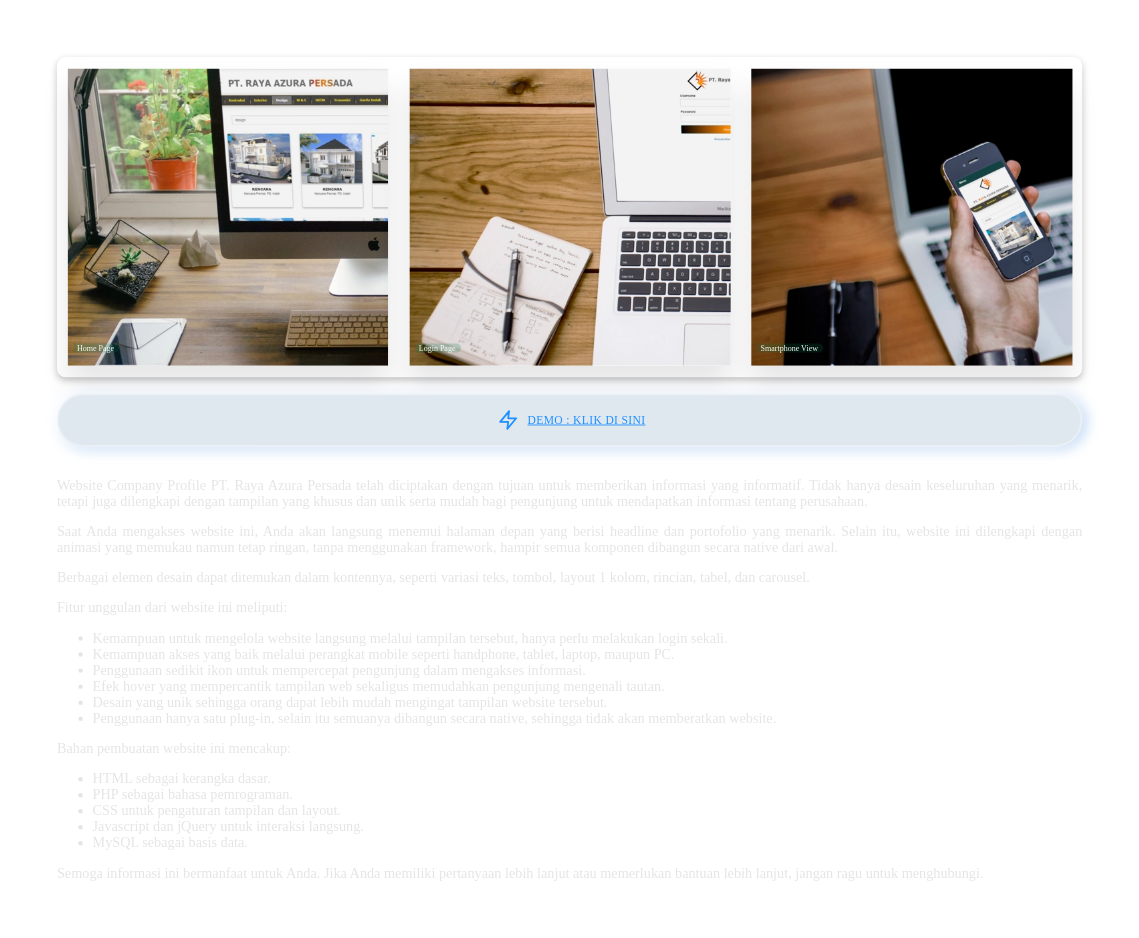
Repository: yusup-maulana/yusup-maulana.github.io
Page: portofolio-websiteRAP.html
The author's editor kept a copy of each file at every save. The page is drawn from the files as they stood at one save, then again after the next save.
The browser window is 1280 px wide. The pictures show the whole page, at 89% of full size.
Some web fonts or font styles are not loaded; a fallback is used.

Above is the page before, as saved 2023-10-06 23:08:54.

### portofolio-websiteRAP.html
<style type="text/css">
  @import url("https://fonts.googleapis.com/css?family=Baloo+Chettan+2&display=swap");

  .body2::-webkit-scrollbar {
    width: 0.5em;
  }

  .body2::-webkit-scrollbar-track {
    box-shadow: inset 0 0 6px rgb(167 167 167 / 41%);
    background-color: #061e29;
  }

  .body2::-webkit-scrollbar-thumb {
    background-color: #00f1ffab;
  }

  .body2 {
    font-family: "Baloo Chettan 2";
    color: #e5e5e5;
    margin: 2%;
    text-align: justify;
    padding: 3%;
  }

  .body2 a {
    color: dodgerblue;
  }

  /* table wisata ...................*/
  .twisata {
  }

  .twisata tr {
    background: linear-gradient(90deg, #1193a1, transparent);
    color: white;
    font-weight: 900;
    border: 3px solid #ffffff;
  }

  .twisata tr td {
  }

  .twisata tr td span {
    background: #bdffda;
    font-weight: 900;
    padding: 1px 6px;
    border-radius: 5px;
    color: #08102b;
  }

  /* wisata-container ...................*/
  .container-wisata {
    box-shadow: rgb(0 0 0 / 24%) 0px 3px 8px;
    display: flex;
    width: 100%;
    padding: 1% 0%;
    box-sizing: border-box;
    height: 50vh;
    border-radius: 10px;
  }

  .boxwisata {
    flex: 1;
    overflow: hidden;
    transition: 0.5s;
    margin: 1px 1%;
    box-shadow: 0 20px 30px rgba(0, 0, 0, 0.1);
    line-height: 0;
  }

  .boxwisata > img {
    width: 200%;
    height: calc(100% - 10vh);
    object-fit: cover;
    transition: 0.5s;
    height: 100% !important;
  }

  .boxwisata > span {
    position: relative;
    left: 7px;
    font-size: xx-small;
    color: #f5fff7 !important;
    bottom: 20px;
    white-space: nowrap;
    background-color: rgb(1 118 74 / 20%);
    padding: 0 6px 0 4px;
    border-radius: 0 10px 10px 0;
  }

  .boxwisata:hover {
    flex: 1 1 50%;
  }

  .boxwisata:hover > img {
    width: 100%;
    height: 100%;
  }

  .btn-portofolio {
    display: flex;
    align-items: center;
    justify-content: center;
    gap: 10px;
    font-family: inherit;
    font-size: 13px;
    font-weight: 500;
    text-transform: uppercase;
    letter-spacing: 0.4px;
    color: #7e97b8;
    background-color: #e0e8ef;
    border-style: solid;
    border-width: 2px 2px 2px 2px;
    border-color: rgba(255, 255, 255, 0.333);
    border-radius: 40px 40px 40px 40px;
    padding: 16px 24px 16px 28px;
    transform: translate(0px, 0px) rotate(0deg);
    transition: 0.2s;
    box-shadow: -4px -2px 16px 0px #ffffff,
      4px 2px 16px 0px rgb(95 157 231 / 48%);
  }

  .btn-portofolio:hover {
    color: #516d91;
    background-color: #e5edf5;
    box-shadow: -2px -1px 8px 0px #ffffff, 2px 1px 8px 0px rgb(95 157 231 / 48%);
  }

  .btn-portofolio:active {
    box-shadow: none;
  }
</style>
<div class="container-wisata">
  <div class="boxwisata">
    <img alt="Curug Cipalasari" src="IMG/webrap1/webrap1.webp" />
    <span>Home Page</span>
  </div>
  <div class="boxwisata">
    <img alt="Curug Cipalasari" src="IMG/webrap1/webrap2.webp" />
    <span>Login Page</span>
  </div>
  <div class="boxwisata">
    <img alt="Curug Cipalasari" src="IMG/webrap1/webrap3.webp" />
    <span>Smartphone View</span>
  </div>
</div>
<br />

<body class="body2">
  <a
    class="btn-portofolio"
    target="_blank"
    href="https://salamnunggal.000webhostapp.com/"
  >
    <svg
      viewBox="0 0 24 24"
      width="24"
      height="24"
      stroke="currentColor"
      stroke-width="2"
      fill="none"
      stroke-linecap="round"
      stroke-linejoin="round"
      class="css-i6dzq1"
    >
      <polygon points="13 2 3 14 12 14 11 22 21 10 12 10 13 2"></polygon>
    </svg>
    Demo : Klik di sini
  </a>
  <br />

  <p>
    Website Company Profile PT. Raya Azura Persada telah diciptakan dengan
    tujuan untuk memberikan informasi yang informatif. Tidak hanya desain
    keseluruhan yang menarik, tetapi juga dilengkapi dengan tampilan yang khusus
    dan unik serta mudah bagi pengunjung untuk mendapatkan informasi tentang
    perusahaan.
  </p>

  <p>
    Saat Anda mengakses website ini, Anda akan langsung menemui halaman depan
    yang berisi headline dan portofolio yang menarik. Selain itu, website ini
    dilengkapi dengan animasi yang memukau namun tetap ringan, tanpa menggunakan
    framework, hampir semua komponen dibangun secara native dari awal.
  </p>

  <p>
    Berbagai elemen desain dapat ditemukan dalam kontennya, seperti variasi
    teks, tombol, layout 1 kolom, rincian, tabel, dan carousel.
  </p>

  <p>Fitur unggulan dari website ini meliputi:</p>
  <ul>
    <li>
      Kemampuan untuk mengelola website langsung melalui tampilan tersebut,
      hanya perlu melakukan login sekali.
    </li>
    <li>
      Kemampuan akses yang baik melalui perangkat mobile seperti handphone,
      tablet, laptop, maupun PC.
    </li>
    <li>
      Penggunaan sedikit ikon untuk mempercepat pengunjung dalam mengakses
      informasi.
    </li>
    <li>
      Efek hover yang mempercantik tampilan web sekaligus memudahkan pengunjung
      mengenali tautan.
    </li>
    <li>
      Desain yang unik sehingga orang dapat lebih mudah mengingat tampilan
      website tersebut.
    </li>
    <li>
      Penggunaan hanya satu plug-in, selain itu semuanya dibangun secara native,
      sehingga tidak akan memberatkan website.
    </li>
  </ul>

  <p>Bahan pembuatan website ini mencakup:</p>
  <ul>
    <li>HTML sebagai kerangka dasar.</li>
    <li>PHP sebagai bahasa pemrograman.</li>
    <li>CSS untuk pengaturan tampilan dan layout.</li>
    <li>Javascript dan jQuery untuk interaksi langsung.</li>
    <li>MySQL sebagai basis data.</li>
  </ul>

  <p>
    Semoga informasi ini bermanfaat untuk Anda. Jika Anda memiliki pertanyaan
    lebih lanjut atau memerlukan bantuan lebih lanjut, jangan ragu untuk
    menghubungi.
  </p>
</body>

After the next save:
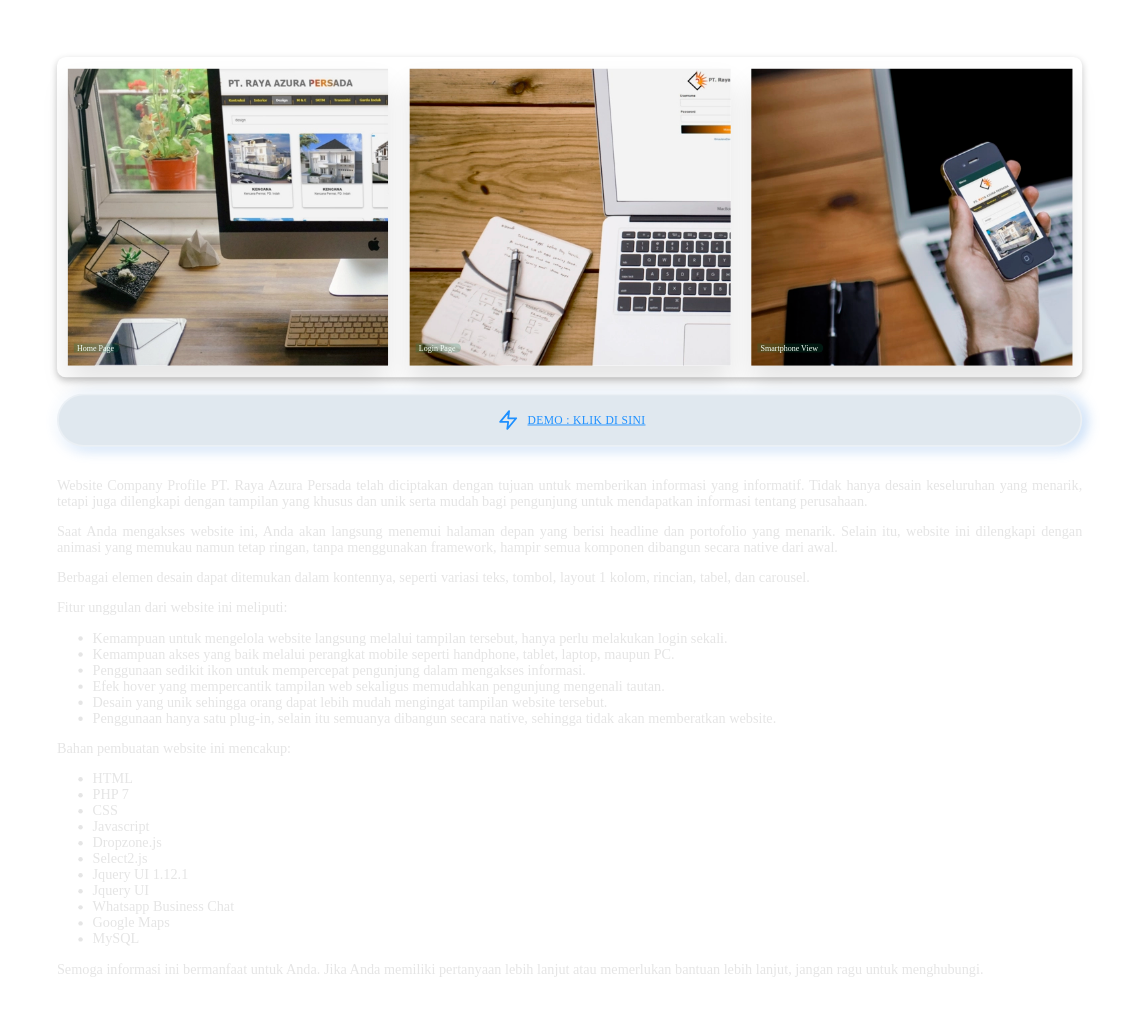
Saved 2 min 10 s later.
--- a/portofolio-websiteRAP.html
+++ b/portofolio-websiteRAP.html
@@ -219,11 +219,17 @@
 
   <p>Bahan pembuatan website ini mencakup:</p>
   <ul>
-    <li>HTML sebagai kerangka dasar.</li>
-    <li>PHP sebagai bahasa pemrograman.</li>
-    <li>CSS untuk pengaturan tampilan dan layout.</li>
-    <li>Javascript dan jQuery untuk interaksi langsung.</li>
-    <li>MySQL sebagai basis data.</li>
+    <li>HTML</li>
+    <li>PHP 7</li>
+    <li>CSS</li>
+    <li>Javascript</li>
+    <li>Dropzone.js</li>
+    <li>Select2.js</li>
+    <li>Jquery UI 1.12.1</li>
+    <li>Jquery UI</li>
+    <li>Whatsapp Business Chat</li>
+    <li>Google Maps</li>
+    <li>MySQL</li>
   </ul>
 
   <p>
